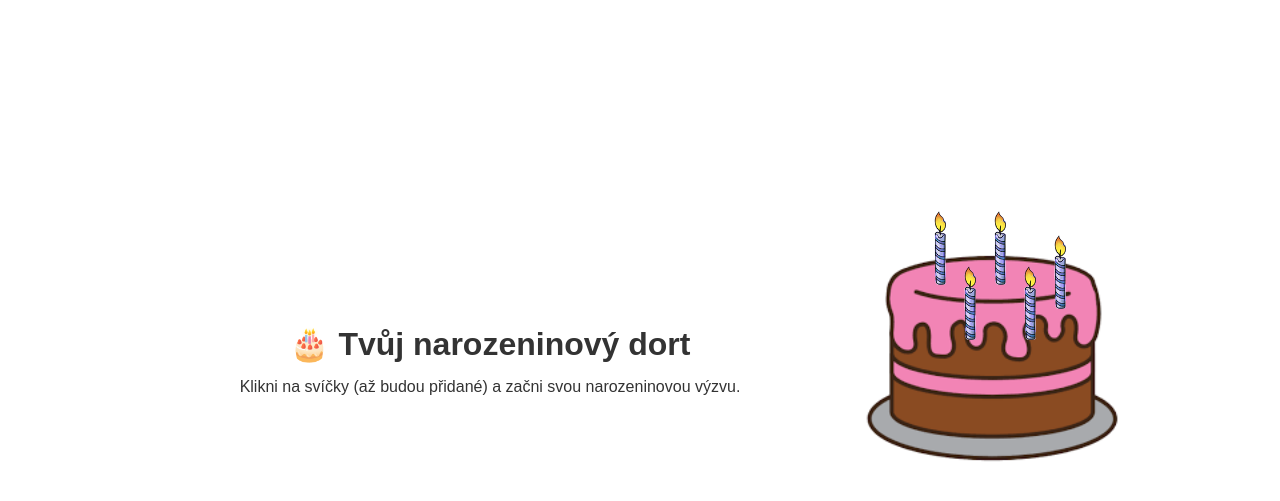
Repository: DanielMicka/darek
Page: html/cake.html
The author's editor kept a copy of each file at every save. The page is drawn from the files as they stood at one save, then again after the next save.
The browser window is 1280 px wide. The pictures show the whole page.

Above is the page before, as saved 2026-06-13 19:21:15.

After the next save:
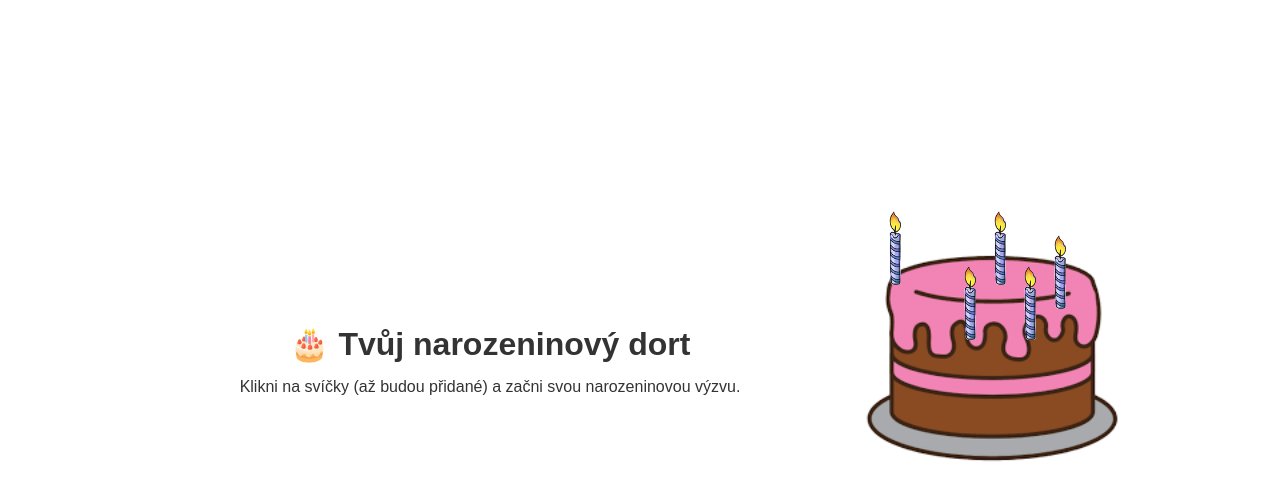
Saved 49 s later.
--- a/html/styles.css
+++ b/html/styles.css
@@ -85,7 +85,7 @@
 /* Svíčka 1 */
 .c1 {
     top: 0.1%;
-    left: 20%;
+    left: 5%;
 }
 
 /* Svíčka 2 */
